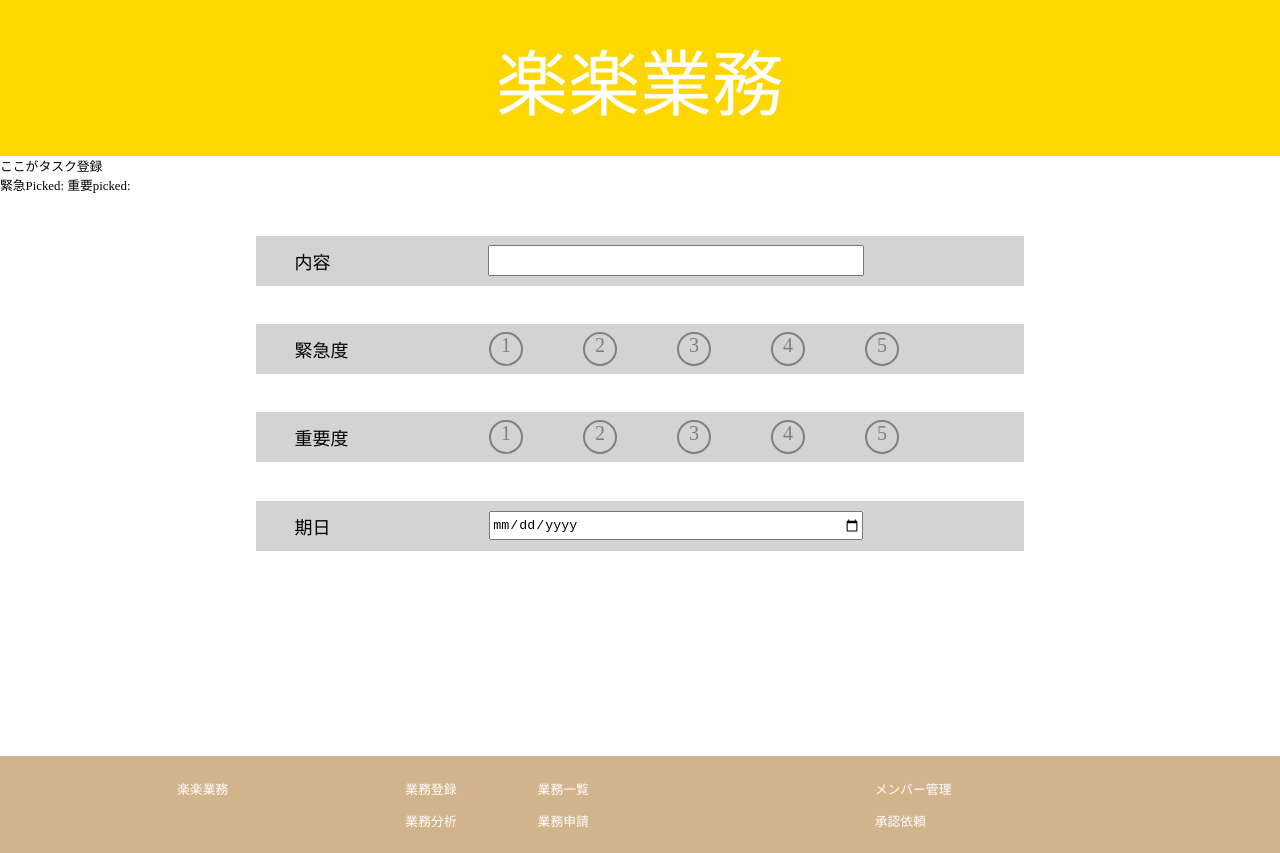
Repository: Reiya-1003/VueReplaceTask
Page: /#/register
An editor plug-in stored every save of this project. The page is shown before and after the next save, followed by the edit.
The browser window is 1280 px wide. The pictures show the whole page.
The project was rebuilt for these pictures with package versions that can differ from the ones it lists, and the page was loaded fresh each time. Also part of the build but not shown: vue.config.js, src/components/pages/PageHome.vue.

Above is the page before, as saved 2022-06-16 17:24:52.

After the next save:
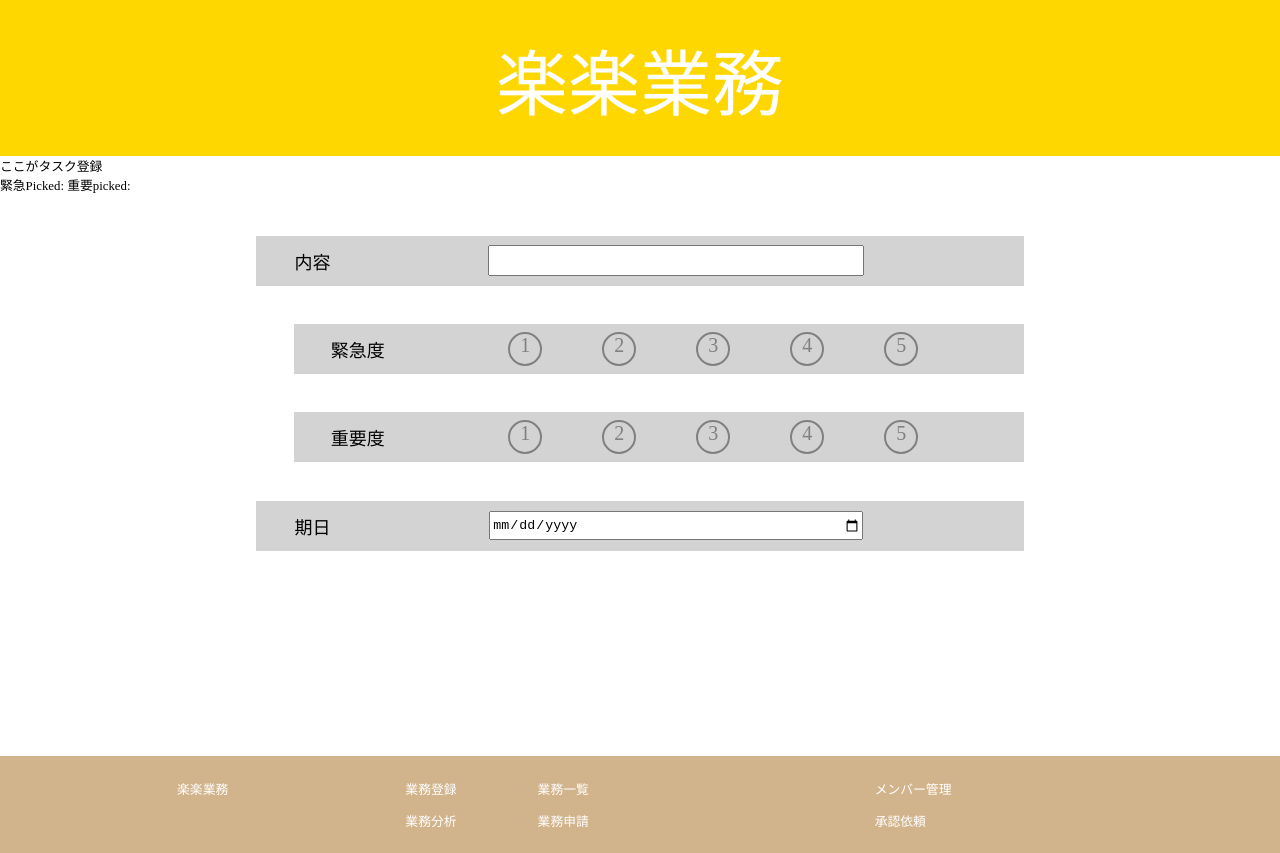
Saved 84 s later.
--- a/src/components/pages/PageRegister.vue
+++ b/src/components/pages/PageRegister.vue
@@ -78,12 +78,16 @@
   width: 60%;
   display: flex;
   flex-direction: column;
+  .listitem{
+
+  }
 
   .listradioitem {
     height: 50px;
     display: flex;
     align-items: center;
     margin-top: 5%;
+    margin-left: 5%;
     background-color: lightgray;
     text-align: center;
     .itemtitle {

After the 2 saves that followed:
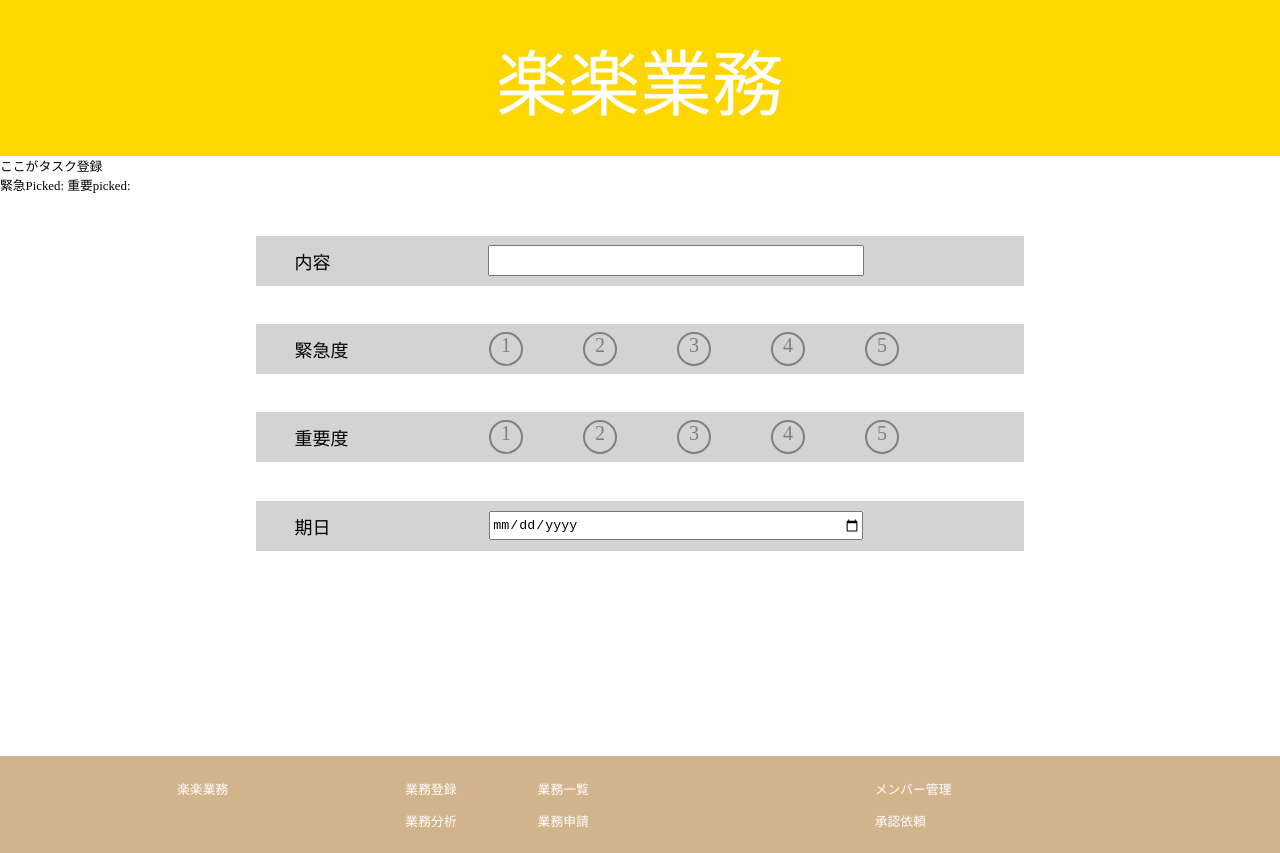
The 2 saves are shown as one change because they came seconds apart.
The last was saved 36 s later.
--- a/src/components/pages/PageRegister.vue
+++ b/src/components/pages/PageRegister.vue
@@ -79,21 +79,6 @@
   display: flex;
   flex-direction: column;
   .listitem{
-
-  }
-
-  .listradioitem {
-    height: 50px;
-    display: flex;
-    align-items: center;
-    margin-top: 5%;
-    margin-left: 5%;
-    background-color: lightgray;
-    text-align: center;
-    .itemtitle {
-      margin-left: 5%;
-      font-size: large;
-    }
     .item {
       width: 80%;
       display: flex;
@@ -107,6 +92,27 @@
         width: 60%;
         height: 25px;
       }
+
+  }
+  }
+
+  .listradioitem {
+    height: 50px;
+    display: flex;
+    align-items: center;
+    margin-top: 5%;
+    background-color: lightgray;
+    text-align: center;
+    .itemtitle {
+      margin-left: 5%;
+      font-size: large;
+    }
+    .item {
+      width: 80%;
+      display: flex;
+      justify-content: center;
+      margin-left: 5%;
+
       .radioinput{
         display: none;
 
